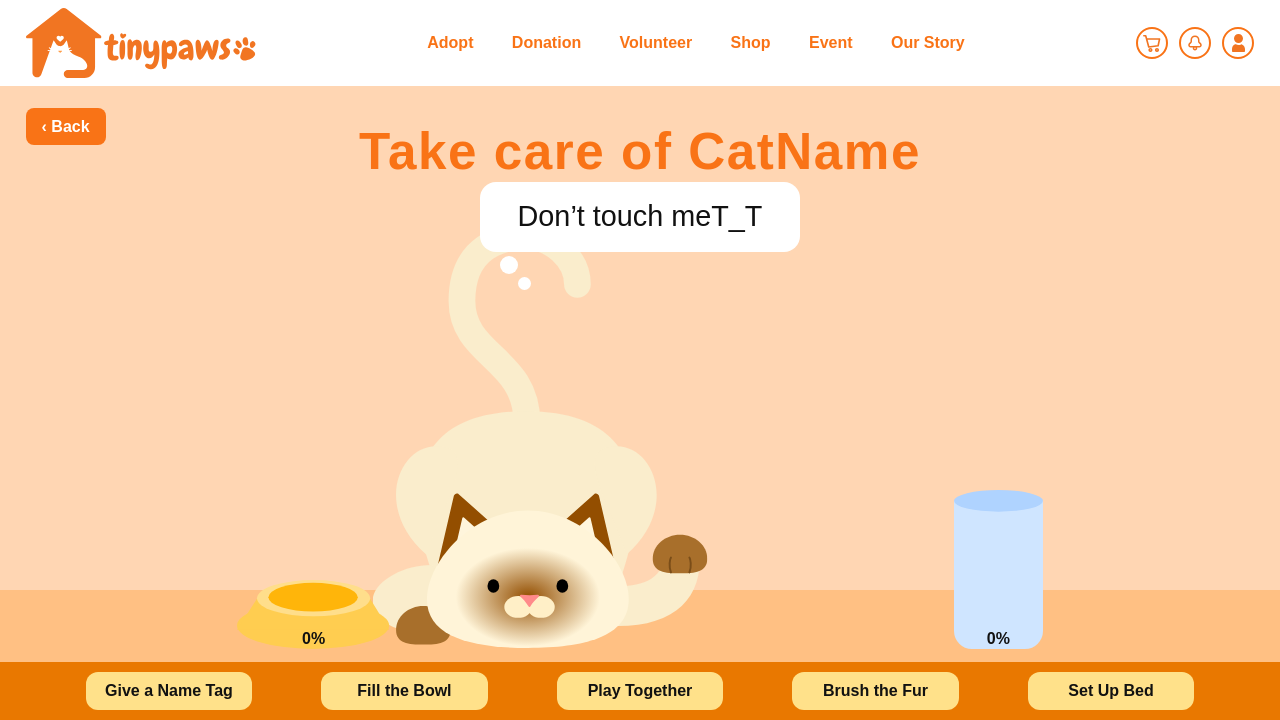
Repository: LShuyanLi/TinyPaws
Page: /, after clicking the first element matching `div > div`
The author's editor kept a copy of each file at every save. The page is drawn from the files as they stood at one save, then again after the next save.
The browser window is 1280 px wide. The pictures show the whole page.
The project was rebuilt for these pictures with package versions that can differ from the ones it lists, and the page was loaded fresh each time. The framework's server and built-in components were replaced by stand-ins that run in the browser. Also part of the build but not shown: next.config.mjs.

Above is the page before, as saved 2026-05-09 23:38:32.

After the next save:
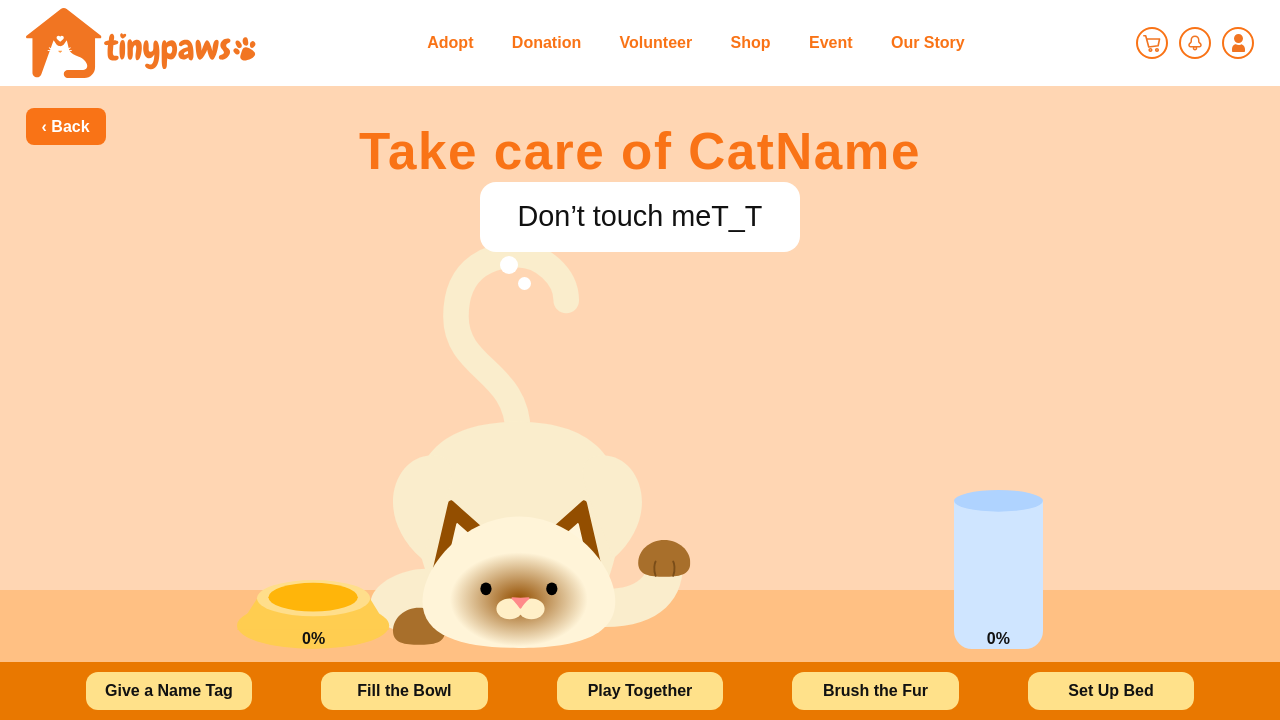
Saved 7 s later.
--- a/components/shared/CatDisplay.jsx
+++ b/components/shared/CatDisplay.jsx
@@ -8,8 +8,8 @@ export default function CatDisplay({
   let catImage = "/cat-1.svg";
 
   let catStyle = {
-    width: "68%",
-    height: "68%",
+    width: "65%",
+    height: "65%",
     objectFit: "contain",
     position: "absolute",
     bottom: "0px",
